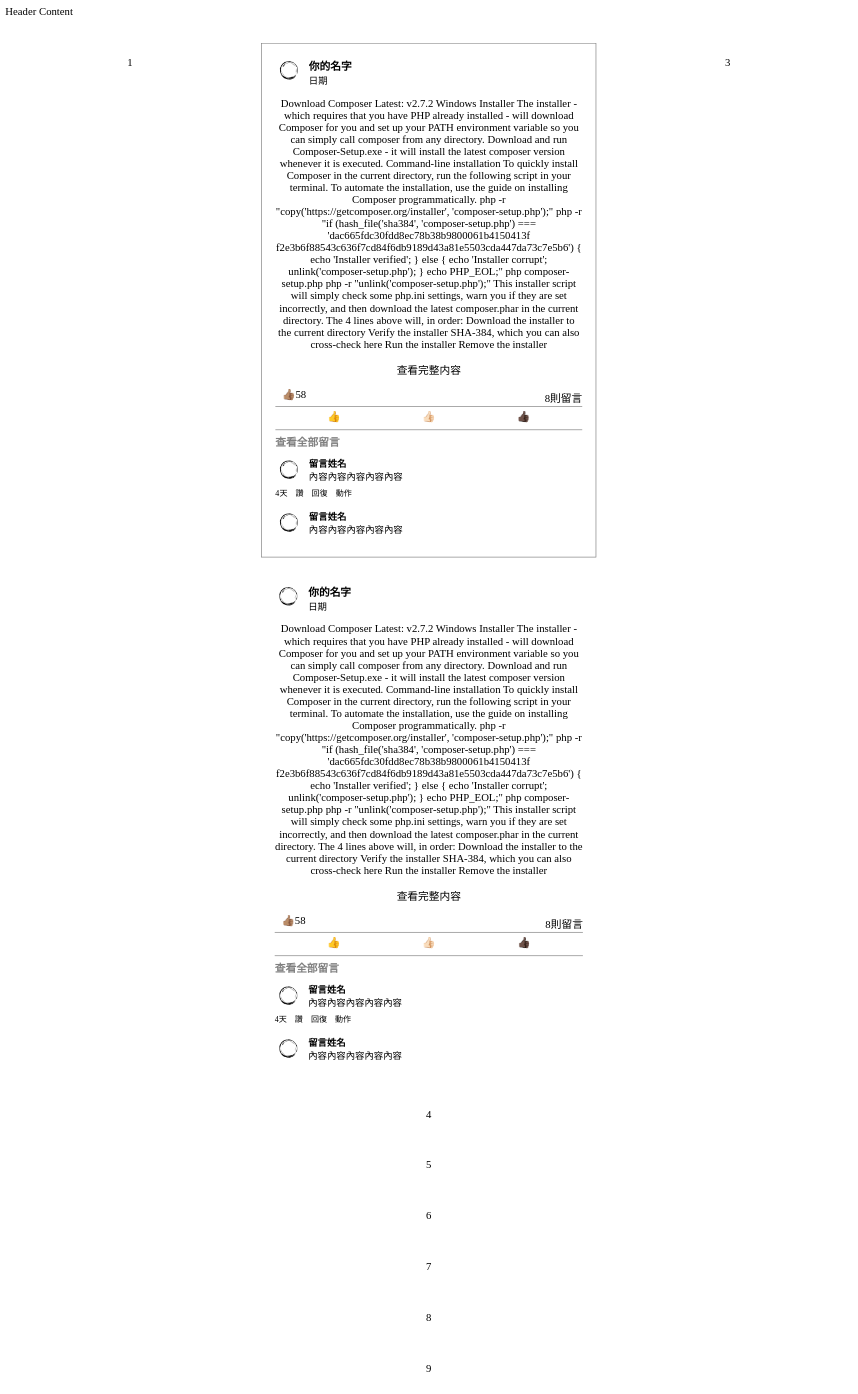
Repository: yuchiyang123/index_view
Page: http://localhost/
An editor plug-in stored every save of this project. The page is shown before and after the next save, followed by the edit.
The browser window is 1280 px wide. The pictures show the whole page, at 67% of full size.
The page is run by PHP 8.4 with error messages shown; the project is at /var/www/html/.

Above is the page before, as saved 2024-03-27 11:26:09.

After the next save:
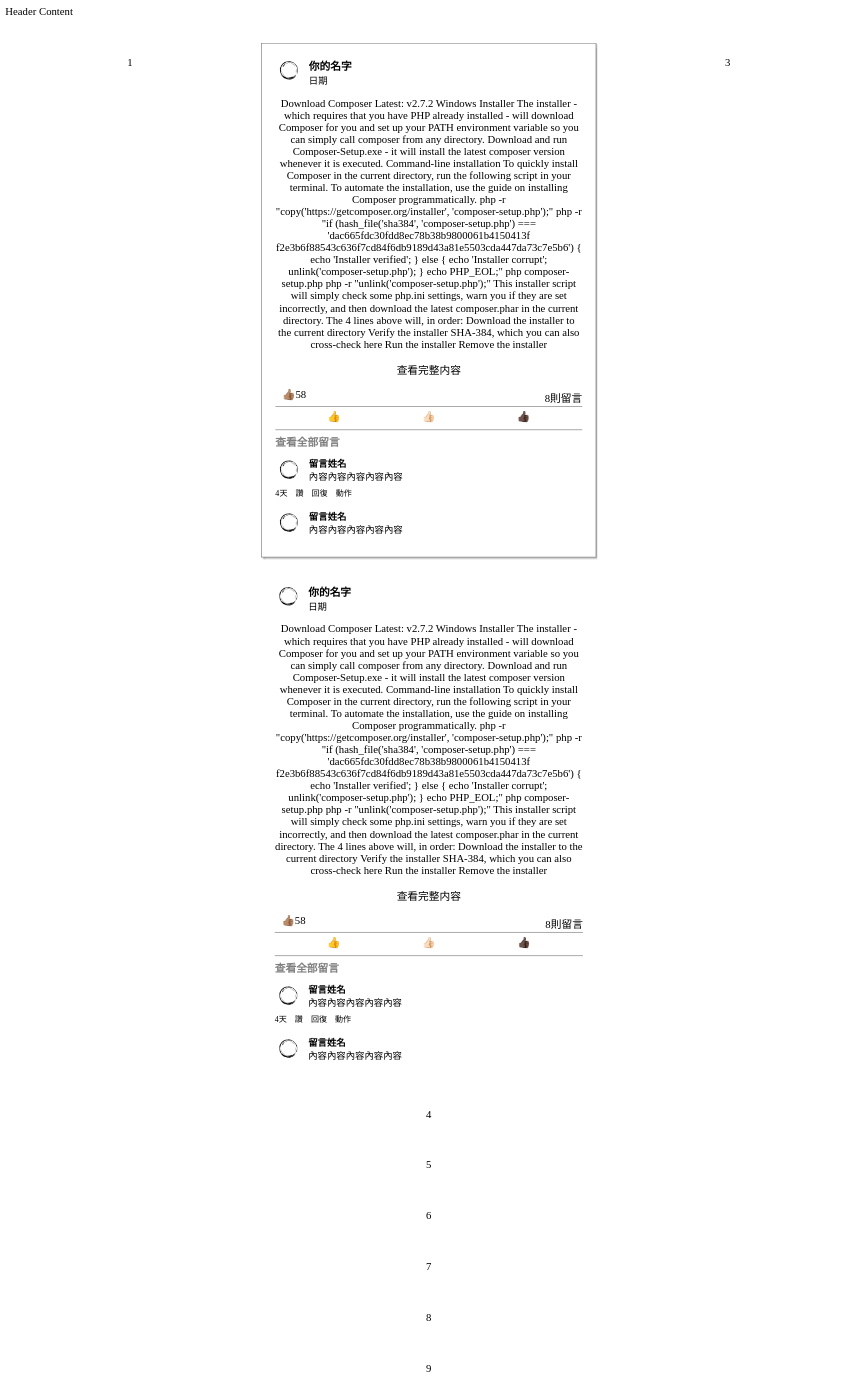
Saved 14 s later.
--- a/index.php
+++ b/index.php
@@ -29,7 +29,7 @@
 }
 .cut{
     border: 1px solid gray;
-    box-shadow: 2px rgba(0, 0, 0, 0.3);
+    box-shadow: 2px 2px 2px rgba(0, 0, 0, 0.3);
 }
 .first{
     grid-area: A;
